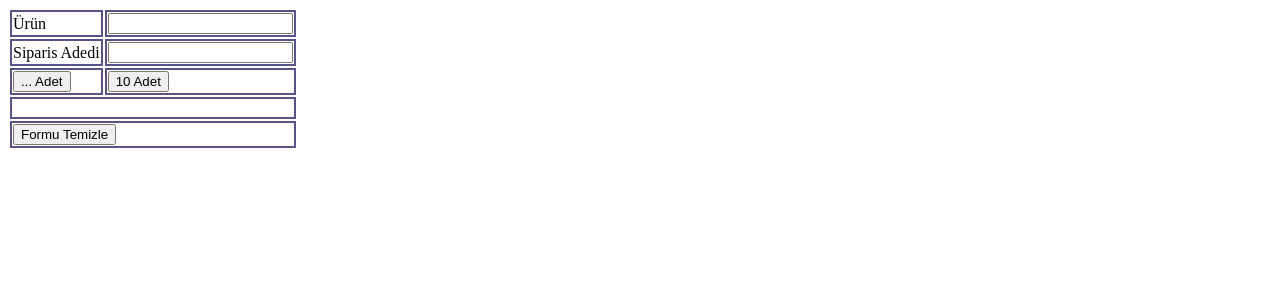
Repository: emrebolukbas/.js-Training-Tobeto
Page: 3-Siparis/public/Siparis.html
The author's editor kept a copy of each file at every save. The page is drawn from the files as they stood at one save, then again after the next save.
The browser window is 1280 px wide. The pictures show the whole page.

Above is the page before, as saved 2023-10-08 12:29:29.

### 3-Siparis/public/Siparis.html
<!DOCTYPE html>
<html>
<head>
	<meta charset="UTF-8">
	<title> 3- Siparis 1.0 </title>
	<script type="text/javascript" src="Siparis.js"></script>
	<link rel="stylesheet" href="Siparis.css">
</head>
<body>

	<table class="table-1">
		<tr class="tr-1">
			<td>
				Ürün
			</td>
			<td>
				<input id="input-1" type="text">
			</td>
		</tr>
		<tr class="tr-1">
			<td>
				Siparis Adedi
			</td>
			<td>
				<input id="input-2" type="text">
			</td>
		</tr>
		<tr class="tr-2">
			<td class="td-1">
				<button class="button-1" onclick="adetSiparis()"> ... Adet </button>
			</td>
			<td class="td-1">
				<button class="button-1" onclick="onSiparis()"> 10 Adet </button>
			</td>
		</tr>
		<tr class="tr-2">
			<td colspan="2">
				<p id="p-1"></p>
			</td>
		</tr>
		<tr class="tr-2">
			<td colspan="2">
				<button class="button-2" id="button-3" onclick="temizle()"> Formu Temizle </button>
			</td>
		</tr>

	</table>

</body>
</html>

### 3-Siparis/public/Siparis.css
@charset "UTF-8";

table .table-1 {
	table-layout: fixed;
	width: 750px;
	border: solid 2px #744;
}

tr .tr-1 {
	height: 45px;
}

/* Çizelgenin ikinci tür satırları için Css stilli */

tr .tr-2 {
	text-align: center;
	height: 75px;
}

td {
	border: solid 2px #558;
}

td .td-1 {
	text-align: center;
}

button .button-1 {
	width: 220px;
	color: #33e;
	font-weight: 900;
}

button .button-1 {
	background-color: #aa4;
	width: 60%;
}

Loaded but not shown: 3-Siparis/public/Siparis.js (common file)

After the next save:
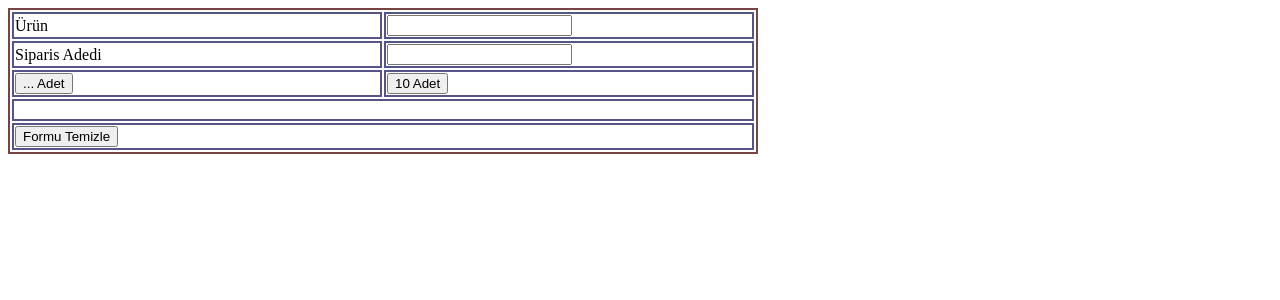
Saved 87 s later.
--- a/3-Siparis/public/Siparis.css
+++ b/3-Siparis/public/Siparis.css
@@ -1,6 +1,6 @@
 @charset "UTF-8";
 
-table .table-1 {
+table {
 	table-layout: fixed;
 	width: 750px;
 	border: solid 2px #744;
